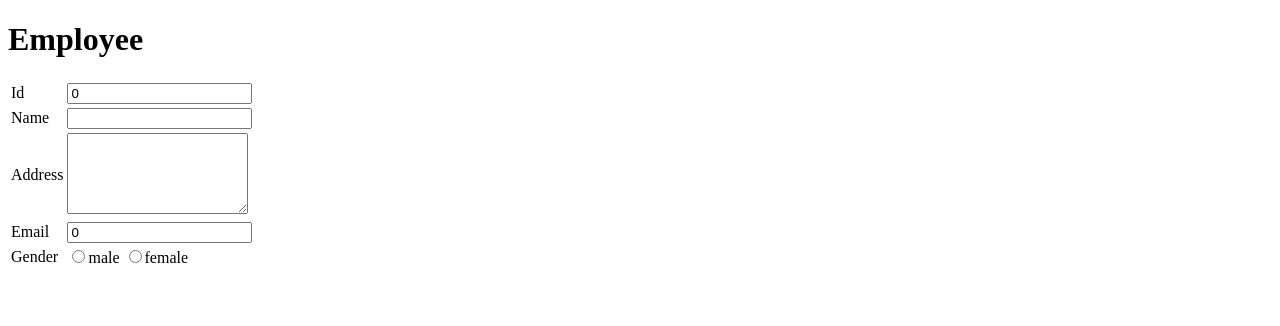
Repository: kubon9xhd/SpringMVC
Page: http://localhost/spring-excercise-6/insert
The author's editor kept a copy of each file at every save. The page is drawn from the files as they stood at one save, then again after the next save.
The browser window is 1280 px wide. The pictures show the whole page.
The page is served by Tomcat 9. Other server files are loaded and not shown.

Above is the page before, as saved 2021-06-06 15:14:21.

### spring-excercise-6/src/main/webapp/WEB-INF/views/employee/insert.jsp
<%@taglib uri="http://www.springframework.org/tags/form" prefix="form"%>
<%@ page language="java" contentType="text/html; charset=UTF-8"
	pageEncoding="UTF-8"%>
<!DOCTYPE html>
<html>
<head>
<meta charset="UTF-8">
<title>Insert title here</title>
</head>
<body>
	<h1>Employee</h1>
	<form:form action="show" method="post" modelAttribute="employee">
		<table>
			<tr>
				<td><form:label path="id">Id</form:label></td>
				<td><form:input path="id" /></td>
			</tr>
			<tr>
				<td><form:label path="name">Name</form:label></td>
				<td><form:input path="name" /></td>
			</tr>
			<tr>
				<td><form:label path="address">Address</form:label></td>
				<td><form:textarea rows="5" path="address" /></td>
			</tr>
			<tr>
				<td><form:label path="email">Email</form:label></td>
				<td><form:input type="email" path="id" /></td>
			</tr>
			<tr>
				<td><form:label path="gender">Gender</form:label></td>
				<td>
					<form:radiobutton path="gender" value="male" label="male"/>
					<form:radiobutton path="gender" value="female" label="female"/>
				</td>
			</tr>
		</table>
	</form:form>
</body>
</html>

After the next save:
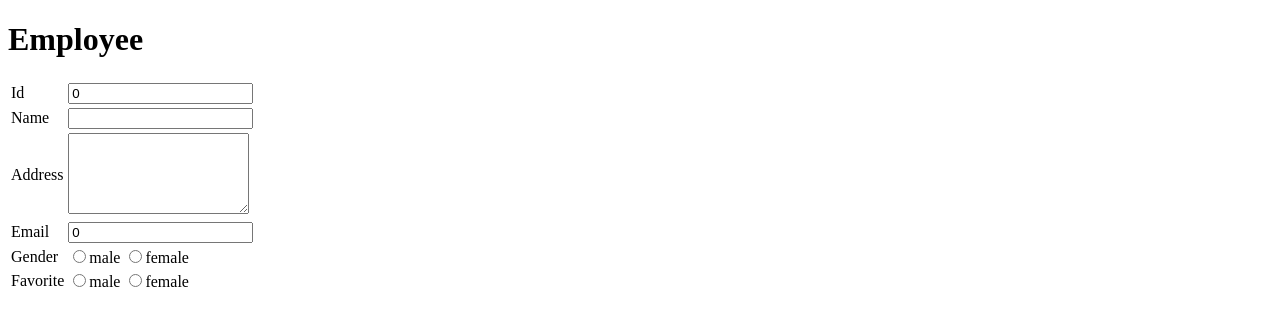
Saved 41 s later.
--- a/spring-excercise-6/src/main/webapp/WEB-INF/views/employee/insert.jsp
+++ b/spring-excercise-6/src/main/webapp/WEB-INF/views/employee/insert.jsp
@@ -29,9 +29,14 @@
 			</tr>
 			<tr>
 				<td><form:label path="gender">Gender</form:label></td>
+				<td><form:radiobutton path="gender" value="male" label="male" />
+					<form:radiobutton path="gender" value="female" label="female" /></td>
+			</tr>
+			<tr>
+				<td><form:label path="favorites">Favorite</form:label></td>
 				<td>
-					<form:radiobutton path="gender" value="male" label="male"/>
-					<form:radiobutton path="gender" value="female" label="female"/>
+					<form:radiobutton path="gender" value="male" label="male" />
+					<form:radiobutton path="gender" value="female" label="female" />
 				</td>
 			</tr>
 		</table>
